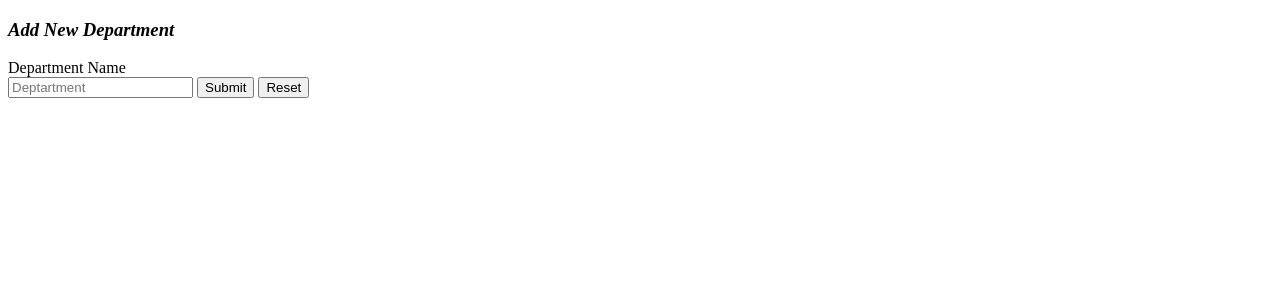
Repository: shubhamsingh331/Learners_Academy
Page: http://localhost/LearnersAcademy/Department/Department.jsp
The author's editor kept a copy of each file at every save. The page is drawn from the files as they stood at one save, then again after the next save.
The browser window is 1280 px wide. The pictures show the whole page.
The page is served by Tomcat 9.

Above is the page before, as saved 2023-10-10 18:47:59.

After the next save:
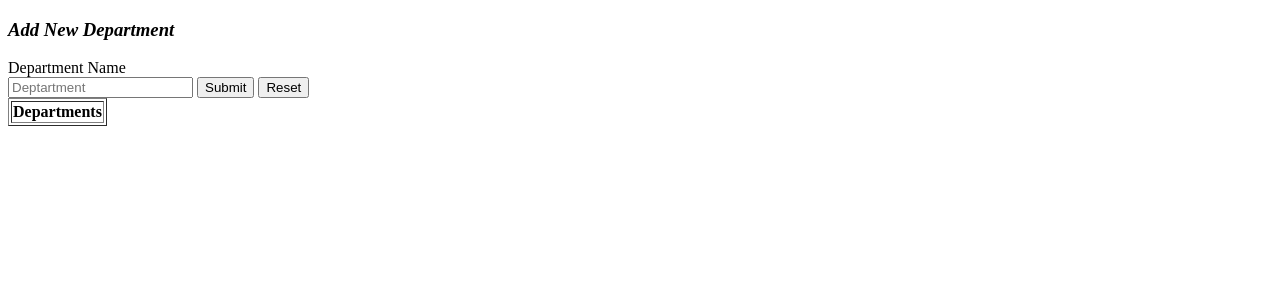
Saved 32 s later.
--- a/LearnersAcademy/src/main/webapp/Department/Department.jsp
+++ b/LearnersAcademy/src/main/webapp/Department/Department.jsp
@@ -18,6 +18,6 @@ Department Name<br>
 <input type="submit" value="Submit">
 <input type="reset" value="Reset">
 </form>
-
+<%@include file="display.jsp" %>
 </body>
 </html>

After the save that followed:
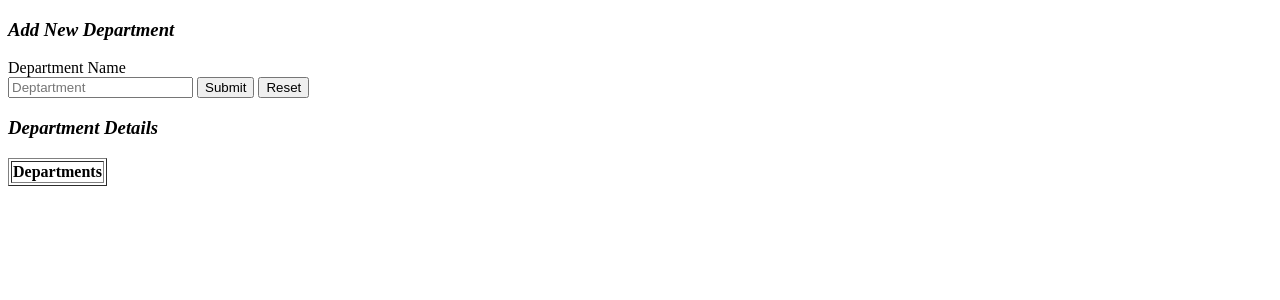
Saved 100 s later.
--- a/LearnersAcademy/src/main/webapp/Department/display.jsp
+++ b/LearnersAcademy/src/main/webapp/Department/display.jsp
@@ -11,6 +11,7 @@
 <title>Insert title here</title>
 </head>
 <body>
+<h3><i>Department Details</i></h3>
 <table border="1">
 <tr><th>Departments</th></tr>
 <%
